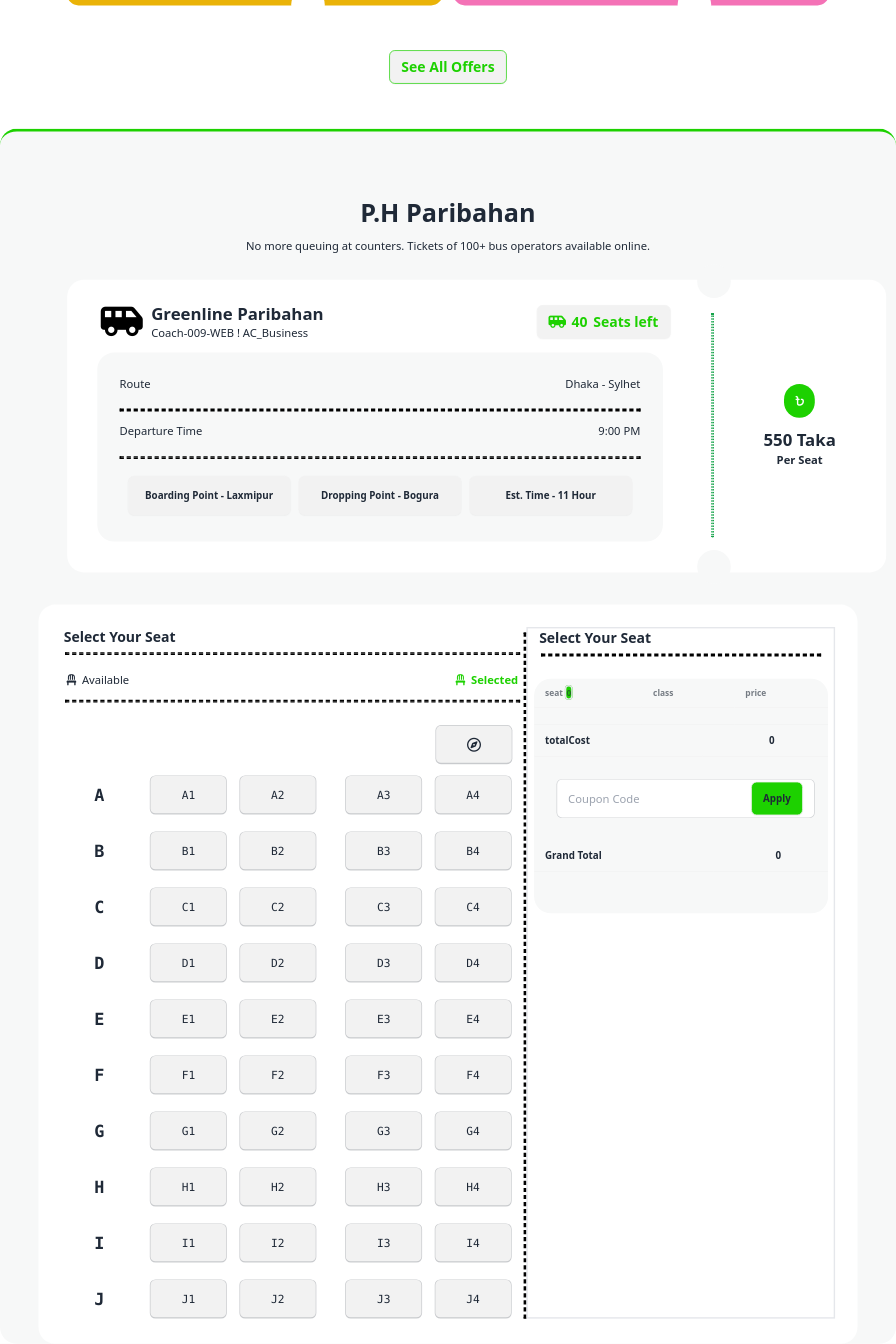
Repository: RudrasahaDibos/Smart-ticketing
Page: index.html
These files come from the project's save history. The page is drawn as it stood at one moment and after a run of saves; the edit follows.
The browser window is 1280 px wide. The pictures show the part of the page from y = 1134 to 3054 px (the page is 3054 px tall), at 70% of full size.
Some web fonts or font styles are not loaded; a fallback is used. Some web libraries are served in a nearby version.

Above is the page before, as saved 2024-11-10 16:09:41.

After the next 2 saves:
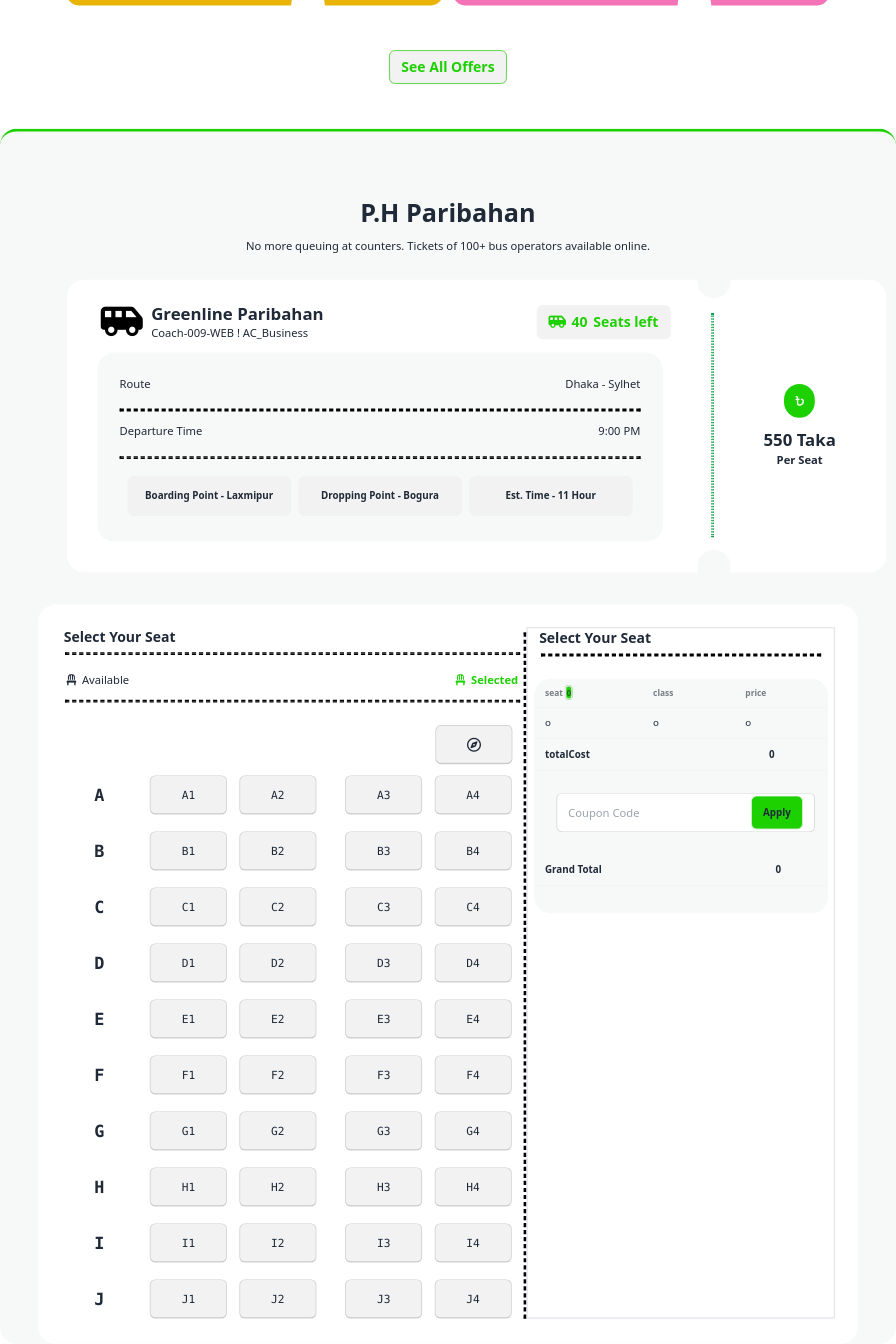
The 2 saves are shown as one change because they came seconds apart.
The last was saved 15 s later.
--- a/index.html
+++ b/index.html
@@ -451,9 +451,9 @@
                         <!-- row 1 -->
                         <tr>
 
-                          <td></td>
-                          <td></td>
-                          <td></td>
+                          <td>o</td>
+                          <td>o</td>
+                          <td>o</td>
                         </tr>
 
                       </tbody>
